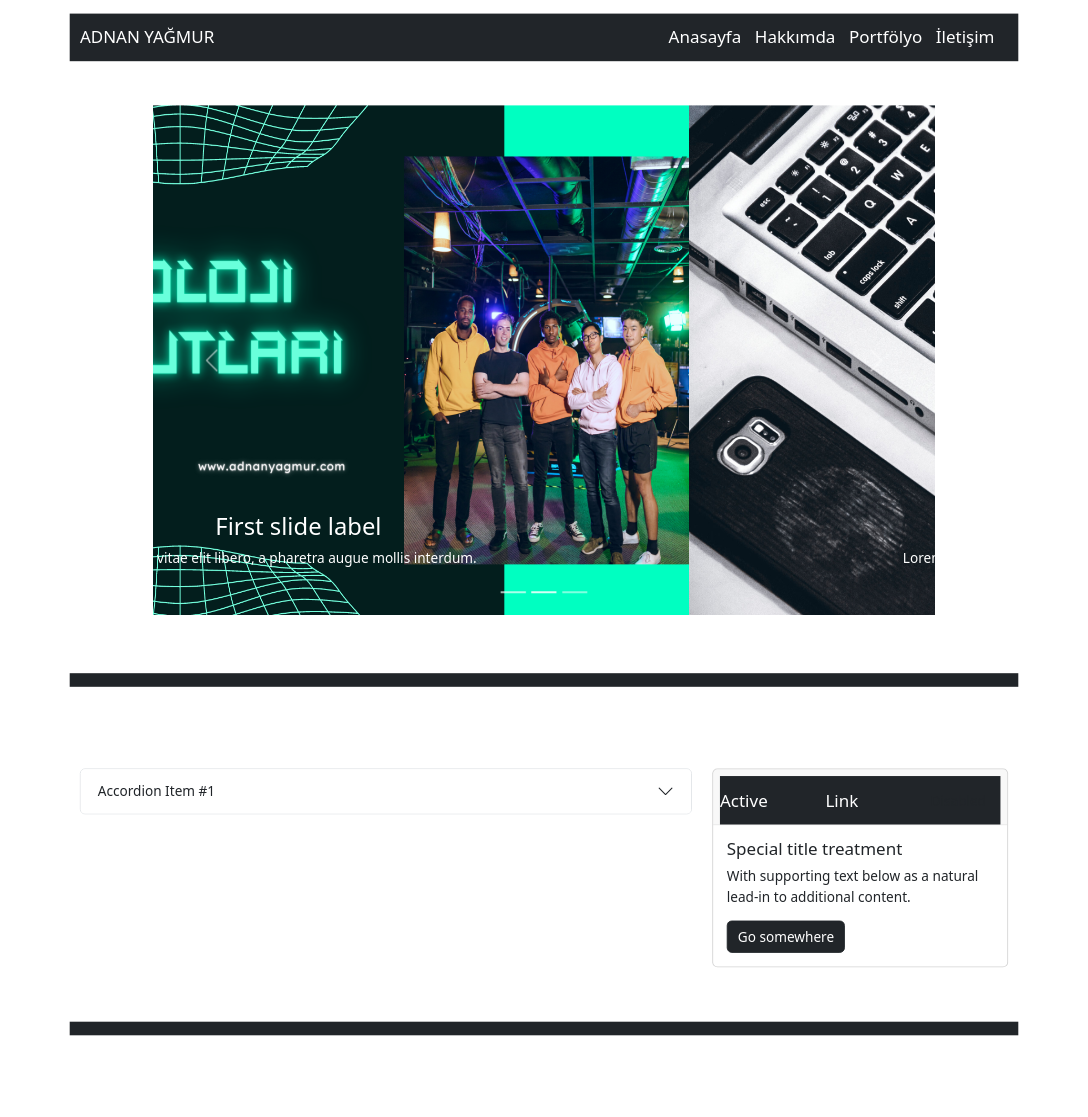
Repository: adnanyagmur/react-bootstrap-example
Page: /
An editor plug-in stored every save of this project. The page is shown before and after the next save, followed by the edit.
The browser window is 1280 px wide. The pictures show the part of the page from y = 0 to 1314 px (the page is 2376 px tall before and 2375 px after), at 85% of full size.
Pictures or frames that could not be fetched are drawn as grey boxes. The project was rebuilt for these pictures with package versions that can differ from the ones it lists, and the page was loaded fresh each time.

Above is the page before, as saved 2022-06-29 14:51:18.

### src/index.js
import React from 'react';
import ReactDOM from 'react-dom/client';
import '../node_modules/bootstrap/dist/css/bootstrap.min.css';
import SSRProvider from 'react-bootstrap/SSRProvider';
import App from './App';


const root = ReactDOM.createRoot(document.getElementById('root'));
root.render(
  <React.StrictMode>
  <SSRProvider>
  <App />
</SSRProvider>
  </React.StrictMode>
);

### src/App.js
import { Container } from "react-bootstrap";
import  Appbar  from "./appComponents/Appbar.jsx";
import AppContainer from "./appComponents/AppContainer.jsx";
import AppFooter from "./appComponents/AppFooter.jsx";
import Slider from "./appComponents/Slider.jsx";

function App() {

 return (
<Container>


<Appbar></Appbar>

<Slider></Slider>


  <AppContainer></AppContainer>
  <AppFooter></AppFooter>
  </Container>
  );
}

export default App;

### src/appComponents/Appbar.jsx

const Appbar =()=>{

    return(
        <>
  <nav className="navbar navbar-dark bg-dark mb-5 mt-3">
  <div className="container-fluid">
    <a href="/" className="navbar-brand">ADNAN YAĞMUR</a>
    <form className="d-flex" role="search">
    <a href="/" className="navbar-brand">Anasayfa</a>
    <a href="/" className="navbar-brand">Hakkımda</a>
    <a href="/" className="navbar-brand">Portfölyo</a>
    <a href="/" className="navbar-brand">İletişim</a>

    </form>
  </div>
</nav>

</>
    )
}

export default Appbar;

### src/appComponents/AppContainer.jsx
import {Nav,Placeholder,Accordion,Container,Card,Button, Row, Col} from "react-bootstrap"

const AppContainer = () => {

    return (
       <Container>
        <Row className="pt-5">
        <Nav className="navbar navbar-dark bg-dark mb-5 mt-3"></Nav>
        </Row>
        <Row className="pt-5 pb-5">
        <Col sm={8}>
    <Accordion  >
  <Accordion.Item eventKey="0"  >
    <Accordion.Header >Accordion Item #1</Accordion.Header>
    <Accordion.Body>
      Lorem ipsum dolor sit amet, consectetur adipiscing elit, sed do eiusmod
      tempor incididunt ut labore et dolore magna aliqua. Ut enim ad minim
      veniam, quis nostrud exercitation ullamco laboris nisi ut aliquip ex ea
      commodo consequat. Duis aute irure dolor in reprehenderit in voluptate
      velit esse cillum dolore eu fugiat nulla pariatur. Excepteur sint occaecat
      cupidatat non proident, sunt in culpa qui officia deserunt mollit anim id
      est laborum.
    </Accordion.Body>
  </Accordion.Item>
</Accordion>
            </Col>
        <Col sm={4}>
        <Card>
      <Card.Header>
        <Nav className="navbar navbar-dark bg-dark" variant="tabs" defaultActiveKey="#first">
          <Nav.Item className="navbar-brand">
           Active
          </Nav.Item>
          <Nav.Item className="navbar-brand">
           Link
          </Nav.Item>
          <Nav.Item>
            <Nav.Link href="#disabled" disabled>
              Disabled
            </Nav.Link>
          </Nav.Item>
        </Nav>
      </Card.Header>
      <Card.Body>
        <Card.Title>Special title treatment</Card.Title>
        <Card.Text>
          With supporting text below as a natural lead-in to additional content.
        </Card.Text>
        <Button variant="dark">Go somewhere</Button>
      </Card.Body>
    </Card>

        </Col>

        </Row>
        <Row className="pb-5">
        <Nav className="navbar navbar-dark bg-dark mb-5 mt-3"></Nav>

        </Row>
        <Row className="pb-5">
            <Col><Card style={{ width: '18rem' }}>

                <Card.Img className="p-3" variant="top" src="https://picsum.photos/200/200" />

                <Card.Body>
                    <Card.Title>Card Title</Card.Title>
                    <Card.Text>
                        Some quick example text to build on the card title and make up the bulk of
                        the card's content.
                    </Card.Text>
                    <Button variant="dark">Go somewhere</Button>
                </Card.Body>
            </Card></Col>
            <Col><Card style={{ width: '18rem' }}>

                <Card.Img className="p-3" variant="top" src="https://picsum.photos/200/200" />

                <Card.Body>
                    <Card.Title>Card Title</Card.Title>
                    <Card.Text>
                        Some quick example text to build on the card title and make up the bulk of
                        the card's content.
                    </Card.Text>
                    <Button variant="dark">Go somewhere</Button>
                </Card.Body>
            </Card></Col>
            <Col><Card style={{ width: '18rem' }}>

                <Card.Img className="p-3" variant="top" src="https://picsum.photos/200/200" />

                <Card.Body>
                    <Card.Title>Card Title</Card.Title>
                    <Card.Text>
                        Some quick example text to build on the card title and make up the bulk of
                        the card's content.
                    </Card.Text>
                    <Button variant="dark">Go somewhere</Button>
                </Card.Body>
            </Card></Col>
            <Col>
            <Card style={{ width: '18rem' }}>

                <Card.Img className="p-3" variant="top" src="https://picsum.photos/200/200" />

                <Card.Body>
                    <Card.Title>Card Title</Card.Title>
                    <Card.Text>
                        Some quick example text to build on the card title and make up the bulk of
                        the card's content.
                    </Card.Text>
                    <Button variant="dark">Go somewhere</Button>
                </Card.Body>
            </Card>
            </Col>
            </Row>
            </Container>


    )
}

export default AppContainer;

### src/appComponents/AppFooter.jsx
import { Card, Col, Row} from "react-bootstrap";

const AppFooter = ()=> {

    return (
        <Card className="bg-dark text-white">
        <Row>
            <Col sm={4}></Col>
            <Col sm={5}>
        <Card.Title>© Copyright ,Designed and built by Adnan YAĞMUR</Card.Title>

        </Col>
        <Col sm={3}></Col>
        </Row>
        </Card>


    )
}

export default AppFooter;

### src/appComponents/Slider.jsx
import { Carousel, Col, Container, Row, } from "react-bootstrap"
import Logo1 from "../assets/Logo1.png";
import Logo2 from "../assets/Logo2.png";
import Logo3 from "../assets/Logo3.png";

const Slider = () => {

  return (

  <Container className="p-1">
    <Row>
      <Col sm={1}></Col>
      <Col>
        <Carousel>
          <Carousel.Item interval={1000}>
            <img
              className="d-block w-100"
              src={Logo1}
              alt="First slide"
              height="600"
            />
            <Carousel.Caption>
              <h3>First slide label</h3>
              <p>Nulla vitae elit libero, a pharetra augue mollis interdum.</p>
            </Carousel.Caption>
          </Carousel.Item>
          <Carousel.Item interval={1000}>
            <img
              className="d-block w-100"
              src={Logo2}
              alt="Second slide"
              height="600"
            />
            <Carousel.Caption>
              <h3>Second slide label</h3>
              <p>Lorem ipsum dolor sit amet, consectetur adipiscing elit.</p>
            </Carousel.Caption>
          </Carousel.Item>
          <Carousel.Item interval={1000}>
            <img
              className="d-block w-100"
              src={Logo3}
              alt="Third slide"
              height="600"
            />
            <Carousel.Caption>
              <h3>Third slide label</h3>
              <p>Praesent commodo cursus magna, vel scelerisque nisl consectetur.</p>
            </Carousel.Caption>
          </Carousel.Item>
        </Carousel>
      </Col>
      <Col sm={1}>
      </Col>
    </Row>
  </Container>

  )
}
export default Slider;

Loaded but not shown: public/index.html (common file)

After the next save:
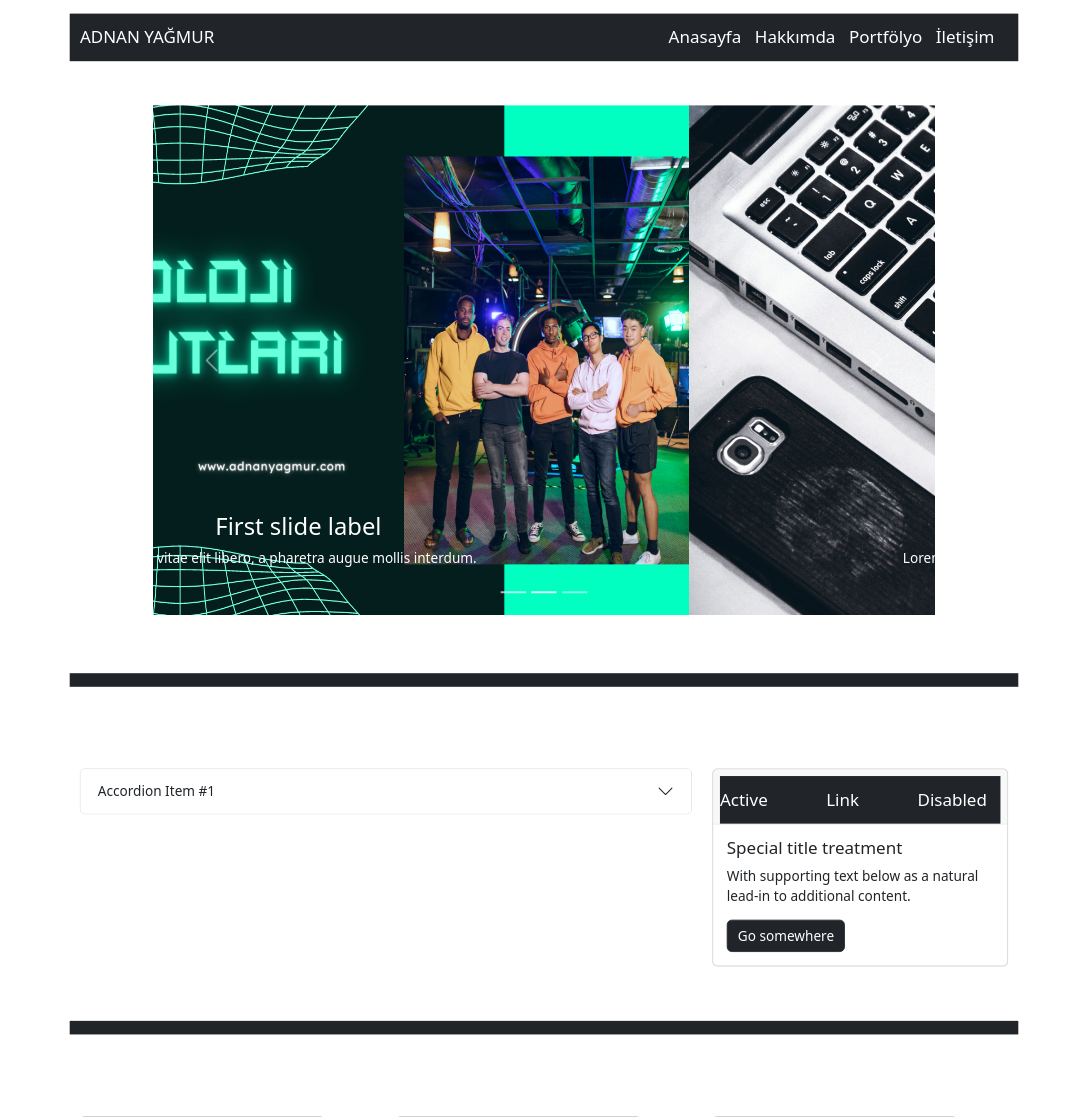
Saved 22 s later.
--- a/src/appComponents/AppContainer.jsx
+++ b/src/appComponents/AppContainer.jsx
@@ -34,10 +34,10 @@ const AppContainer = () => {
           <Nav.Item className="navbar-brand">
            Link
           </Nav.Item>
-          <Nav.Item>
-            <Nav.Link href="#disabled" disabled>
+          <Nav.Item className="navbar-brand">
+
               Disabled
-            </Nav.Link>
+
           </Nav.Item>
         </Nav>
       </Card.Header>
